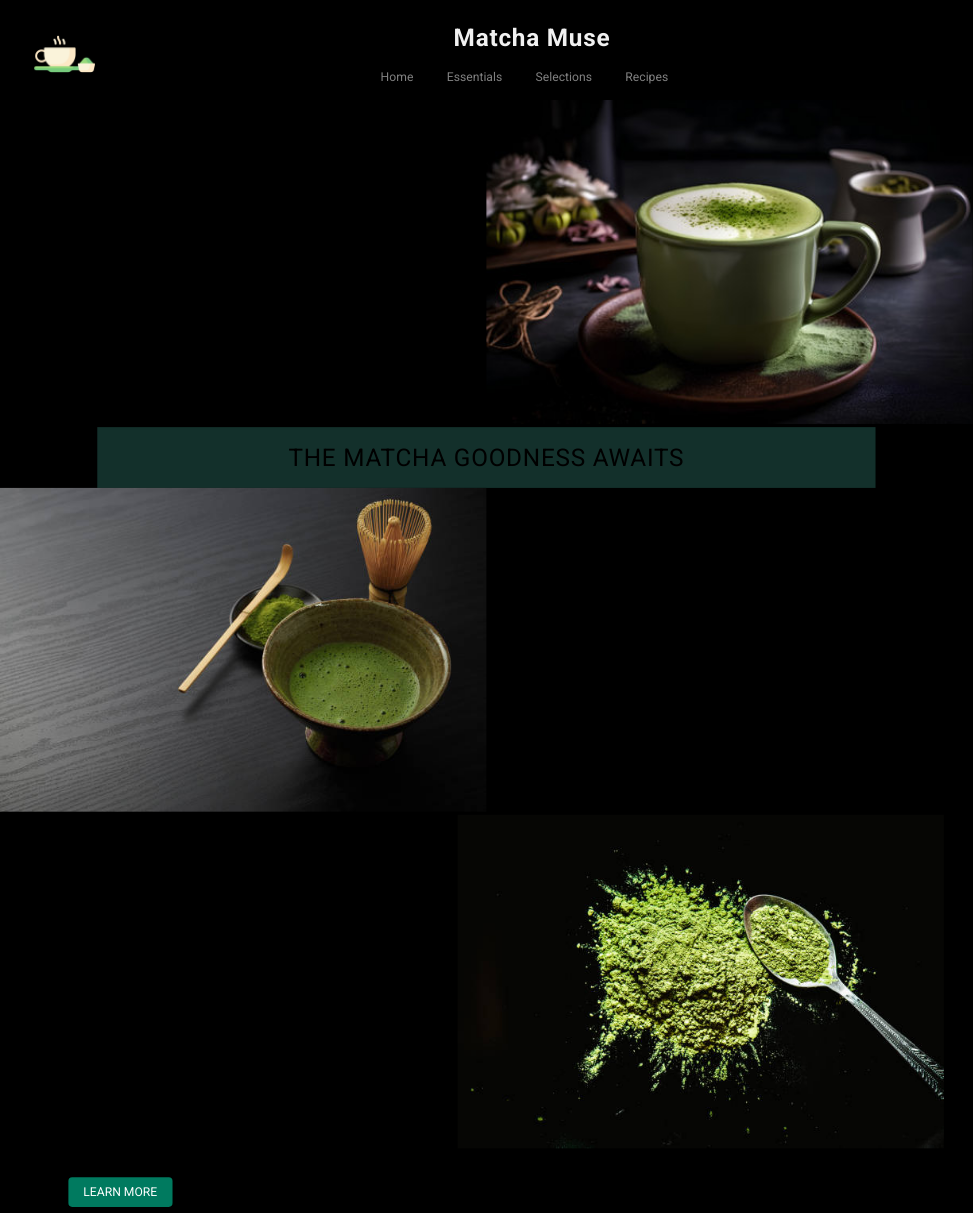
Repository: ericazz17/matchawebsite
Page: main.html
These files come from the project's save history. The page is drawn as it stood at one moment and after a run of saves; the edit follows.
The browser window is 1280 px wide. The pictures show the whole page, at 76% of full size.

Above is the page before, as saved 2023-09-20 03:43:04.

### main.html
<!DOCTYPE html>
<html>
<head>
    <title>Matcha Muse</title>
    <link rel="stylesheet" type="text/css" href="main.css">
    <link rel="preconnect" href="https://fonts.googleapis.com">
    <link rel="preconnect" href="https://fonts.gstatic.com" crossorigin>
    <link href="https://fonts.googleapis.com/css2?family=Roboto:wght@400;700&display=swap" rel="stylesheet">
</head>

<body>
    <header class="header">

        <div class="header-container">
            <div id="icon-container">
                <img class="header-icon" src="images/header-icon.png">
            </div>
            <div id="header-name">
                <h1>Matcha Muse</h1>
            </div>
        </div>

        <nav class="topbar">
            <div class="topbardiv">
                <a class="button" href="#home">Home</a>
                <a class="button" href="#essentials">Essentials</a>
                <a class="button" href="#selections">Selections</a>
                <a class="button" href="#recipes">Recipes</a>
            </div>
        </nav>
    </header>

    <div class="center-body">
        <div class="center-text">
            <h2>Welcome to the World of Matcha!</h2>
            <h3>Experience the enchanting world of matcha tea like never before. Discover the rich history, exquisite flavors, and countless health benefits of this green elixir.</h3>
        </div>

        <div class="center-img">
            <img id="matcha-image" src="images/matcha-body.jpeg">
        </div>
    </div>

    <div class="separation-bar">
        <h2 id="separation-text">The Matcha Goodness Awaits</h2>
    </div>


        <div class="bottom-first">
            <div class="bottom-first-img">
                <img id="bf1-img" src="images/matcha-powder.jpeg">
            </div>
            <div class="bottom-first-text">
                <h2 id="bottom-first-h2">A Matcha Lesson</h2>
                <h3 id="bottom-first-h3">Matcha is a vibrant green tea known for its finely ground powder form and unique preparation method. It's prized for its rich cultural history, impressive health benefits, and the calming ritual it offers.</h3>
            </div>
            <div style="clear: both;"></div>
        </div>

        <div class="bottom-second">
            <div class="bottom-second-text">
                <h2>Benefits of Drinking Matcha</h2>
                    <ul class="benefit-list1">
                        <li>Rich in Antioxidants</li>
                        <li>Enhanced Concentration</li>
                        <li>Natural Energy Boost</li>
                        <li>Metabolism Support</li>
                        <li>Enhanced Mood</li>
                        <li>Natural Relaxation</li>
                        <li>Alkalizing Properties</li>
                        <li>Improved Oral Health</li>

                    </ul>

                    <ul class="benefit-list2">
                        <li>Detoxification</li>
                        <li>Improved Skin Health</li>
                        <li>Enhanced Mood</li>
                        <li>Metabolism Support</li>
                        <li>Heart Health</li>
                        <li>Strengthened Immune System</li>
                        <li>Healthy Blood Sugar Levels</li>
                    </ul>

                    <div class="learn-more-container">
                        <a href="https://matcha.com/pages/matcha-health-benefits" target="_blank" class="learn-more-button">LEARN MORE</a>

                    </div>


            </div>

            <div class="bottom-second-img">
                <img id="bf2-img" src="images/dark-powder.jpeg">
            </div>

            <div style="clear: both;"></div>

        </div>

        <div class="bottom-third">
            <div class="bottom-third-text">

            </div>

            <div class="bottom-third-img">

            </div>
        </div>







</body>
</html>

### main.css
body {
    background-color: black;
    width: 100%;
    margin-left: 0px;
    margin-right: 0px;
    margin-top: 0px;
    padding: 0px;
}

.header {
    position: sticky;
    top: 0;
    background-color: black;
    color: #f1f1f1;
    padding: 10px;
  }

.header-container{
    max-width: 100%;
    width: 100%;
    text-align: center;
    margin-top: 0px;
    padding: 0px;

}

#header-name{
    text-align: center;
}


h1 {
    font-family: 'Roboto', sans-serif;
    font-size:px;
    letter-spacing: 1px;
}

h2 {
    font-family: 'Roboto', sans-serif;
    font-size:3vw;
    letter-spacing: 1px;
}


h3 {
    font-family: sans-serif;
    font-size:1.5vw;
    letter-spacing: 1px;
    font-weight: 300;
}

#icon-container{
    width: 100px;
    float: left;
    vertical-align: top;
    padding-left: 20px;
}
.header-icon{
    display:flex;
    height:80px;
    margin-left: 15px;
    flex:1;
}
.topbar {

    height: 30px;
    text-align: center;
}
.button {
    color: gray;
    font-family: 'Roboto', sans-serif;
    padding: 10px;
    margin-right: 20px;

}

a {
    text-decoration: none;
}

.button:hover {
    color: white;
    border-color: rgb(61, 35, 13);
    border-width: 1px;
    border-style: solid;
    border-radius: 5px;
}

.button:active {
    color: white;
    border-color: rgb(61, 35, 13);
    border-width: 1px;
    border-style: solid;
    border-radius: 5px;
}

.center-body, .bottom-first, .bottom-second {
    width: 100%;
    margin-left: auto;
    margin-right:auto;
}

.center-text{
    display: block;
    width: 30%;
    float: left;
    padding-left: 10%;
    padding-right: 10%;
    font-family: 'Roboto', sans-serif;
    padding-top: 3%;
}

.bottom-first-text {
    display: block;
    width: 30%;
    float: left;
    padding-left: 5%;
    padding-right: 5%;
    font-family: 'Roboto', sans-serif;
    padding-top: 8%;
}

.bottom-second-text {
    display: block;
    width: 40%;
    float: left;
    padding-left: 5%;
    padding-right: 2%;
    font-family: 'Roboto', sans-serif;
    padding-top: 4%;

}

.center-img, .bottom-first-img, .bottom-second-img{
    width: 50%;
    float: left;
    background-size: 100% 100%;
}

.center-img img {
    width: 100%;
    height: 100%;
    display:inline-block;
}

.bottom-first-img img {
    width: 100%;
    height: auto;
    display:inline-block;
}

.bottom-second-img img {
    width: 100%;
    height: auto;
    display:inline-block;
}

.separation-bar {
    background-color: rgb(19, 48, 43);
    display: flex;
    align-items: center;
    justify-content: center;
    height: 80px;
    width: 80%;
    margin-left: 10%;
    margin-right:10%;
  }

  #separation-text {
    font-size:2.5vw;
    text-transform: uppercase;
    font-family: 'roboto',Arial, Helvetica, sans-serif;
    font-weight:100;
  }

  .learn-more-button {
    background-color: #007A5F;
    padding: 10px 20px;
    text-decoration: none;
    color: white;
    border: none;
    text-align: center;
    display: inline-block;
    border-radius: 5px;
}

.learn-more-container {
    margin-left: 5%;
}

After the next 4 saves:
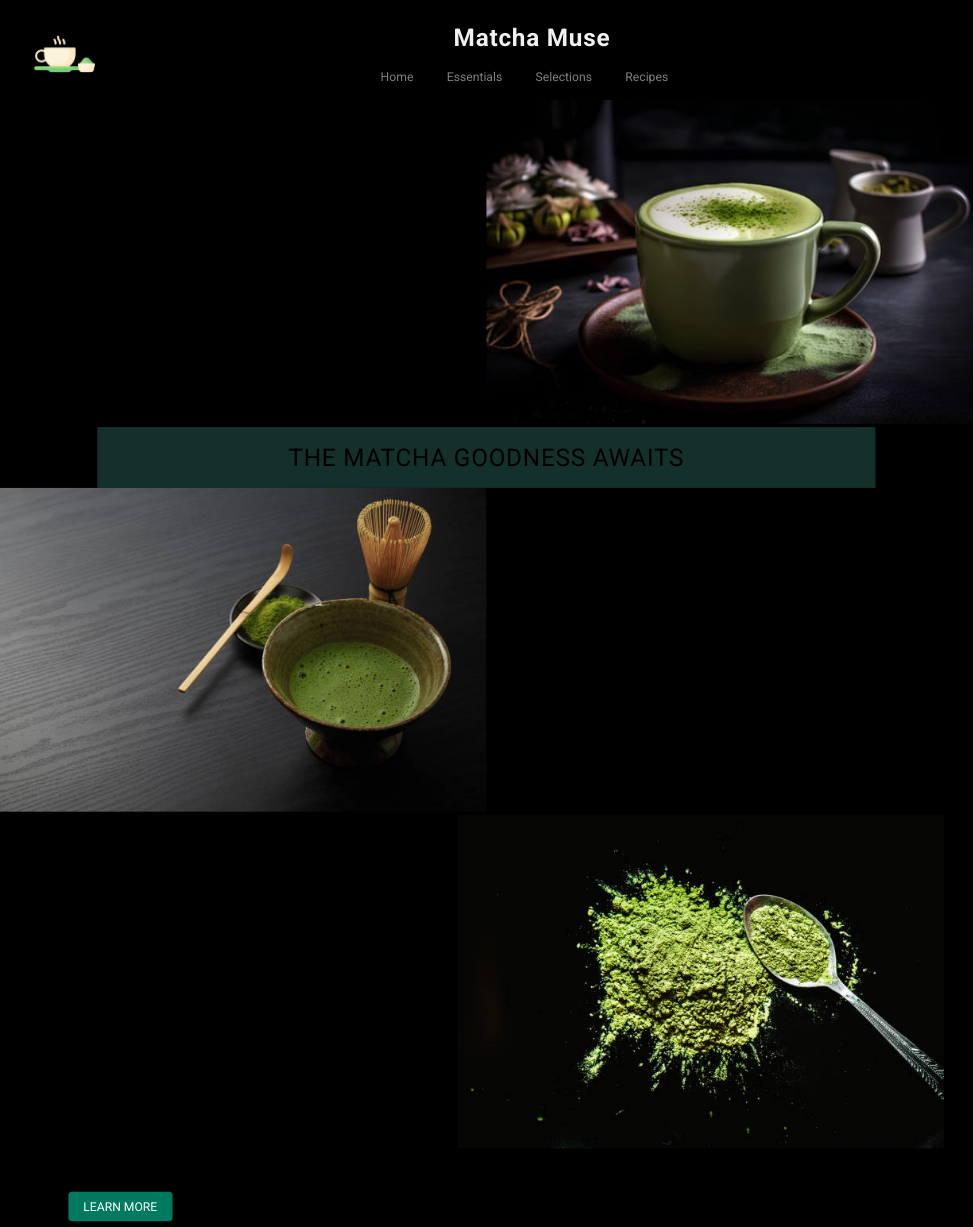
The 4 saves are shown as one change because they came seconds apart.
The last was saved 14 s later.
--- a/main.html
+++ b/main.html
@@ -78,6 +78,7 @@
                         <li>Enhanced Mood</li>
                         <li>Metabolism Support</li>
                         <li>Heart Health</li>
+                        <li>Enhanced Endurance</li>
                         <li>Strengthened Immune System</li>
                         <li>Healthy Blood Sugar Levels</li>
                     </ul>
